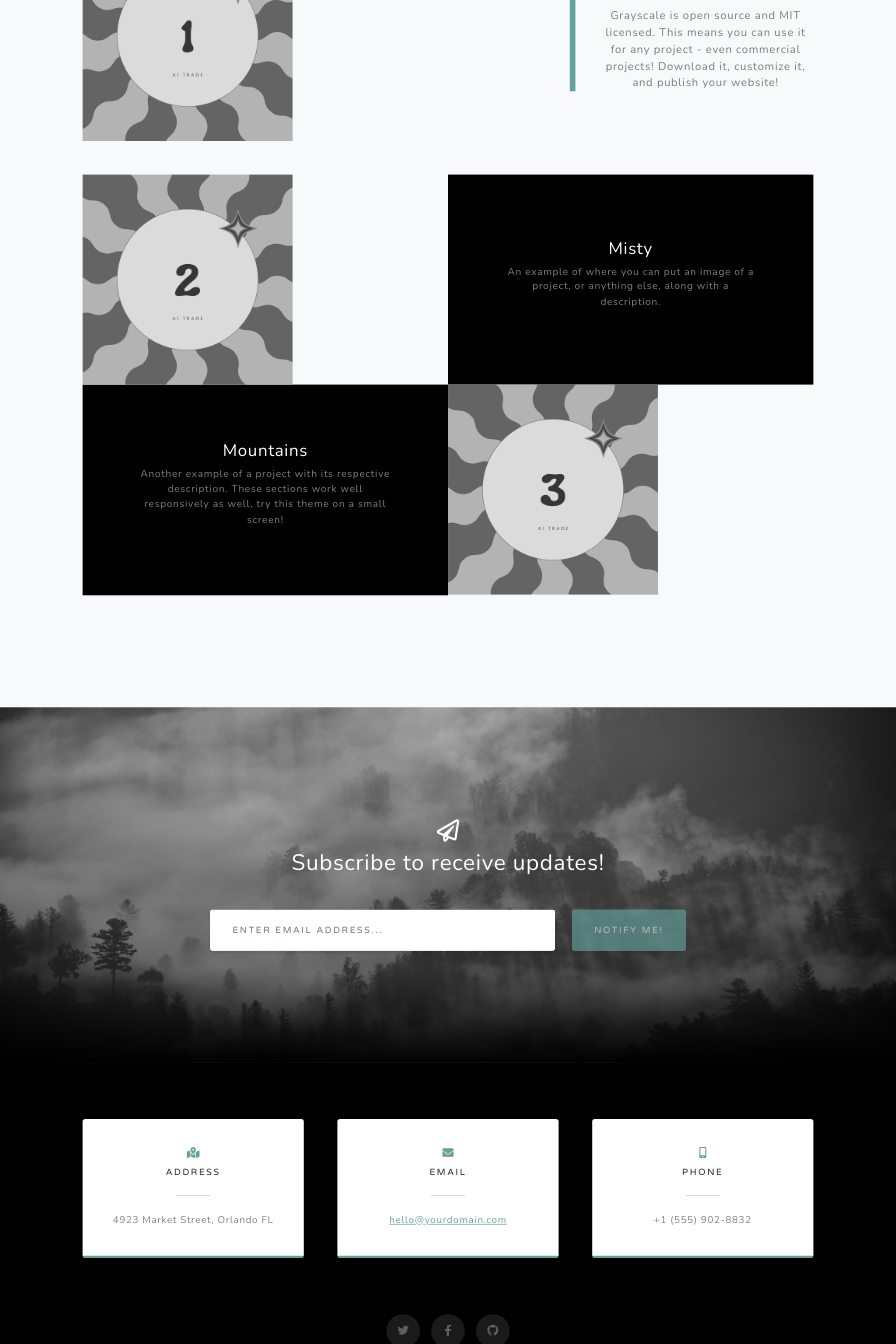
Repository: seyicoded/ico_one
Page: docs/index.html
An editor plug-in stored every save of this project. The page is shown before and after the next save, followed by the edit.
The browser window is 1280 px wide. The pictures show the part of the page from y = 1628 to 3548 px (the page is 3735 px tall before and 4178 px after), at 70% of full size.

Above is the page before, as saved 2022-02-13 17:04:03.

After the next save:
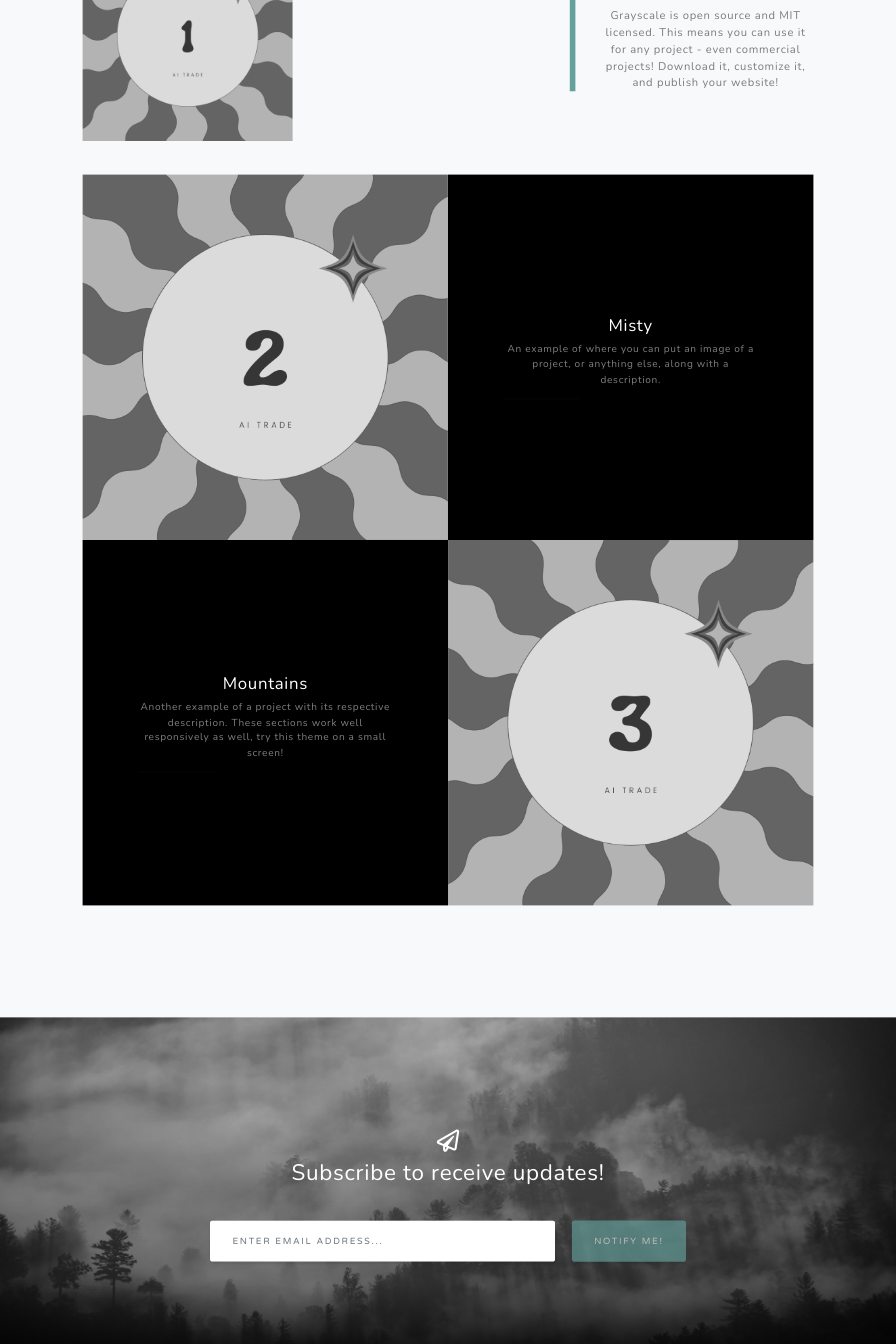
Saved 20 s later.
--- a/docs/index.html
+++ b/docs/index.html
@@ -122,7 +122,7 @@
                 </div>
                 <!-- Project One Row-->
                 <div class="row gx-0 mb-5 mb-lg-0 justify-content-center">
-                    <div class="col-lg-6"><img class="img-fluid" src="assets/count/2.png" style="height: 300px; filter: grayscale(80);" alt="..." /></div>
+                    <div class="col-lg-6"><img class="img-fluid" src="assets/count/2.png" style="filter: grayscale(80);" alt="..." /></div>
                     <div class="col-lg-6">
                         <div class="bg-black text-center h-100 project">
                             <div class="d-flex h-100">
@@ -137,7 +137,7 @@
                 </div>
                 <!-- Project Two Row-->
                 <div class="row gx-0 justify-content-center">
-                    <div class="col-lg-6"><img class="img-fluid" src="assets/count/3.png" style="height: 300px; filter: grayscale(80);" alt="..." /></div>
+                    <div class="col-lg-6"><img class="img-fluid" src="assets/count/3.png" style="filter: grayscale(80);" alt="..." /></div>
                     <div class="col-lg-6 order-lg-first">
                         <div class="bg-black text-center h-100 project">
                             <div class="d-flex h-100">
